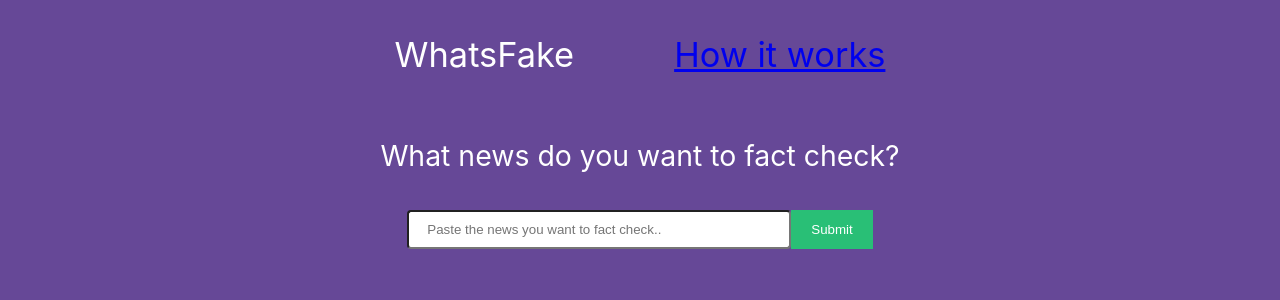
Repository: alkalox/FakeNews
Page: /
An editor plug-in stored every save of this project. The page is shown before and after the next save, followed by the edit.
The browser window is 1280 px wide. The pictures show the whole page.
The project was rebuilt for these pictures with package versions that can differ from the ones it lists, and the page was loaded fresh each time.

Above is the page before, as saved 2019-04-23 19:47:43.

After the next save:
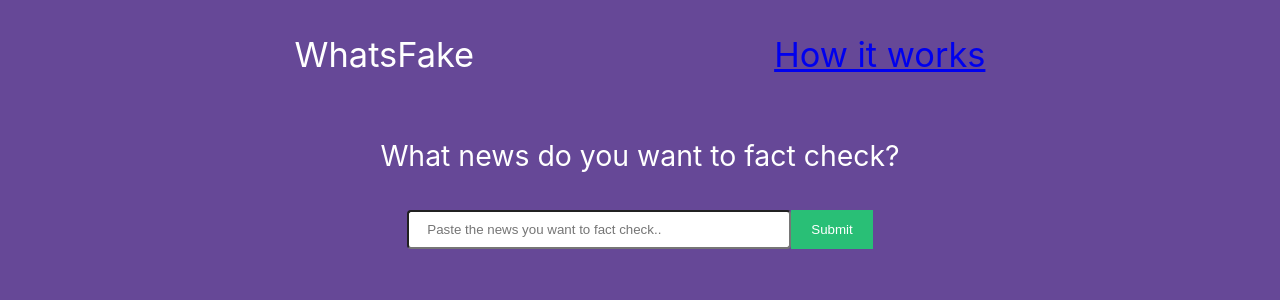
Saved 10 s later.
--- a/src/App.css
+++ b/src/App.css
@@ -16,7 +16,7 @@
 }
 
 .how {
-  margin-left: 100px;
+  margin-left: 300px;
 }
 .input {
   width: 30%;
